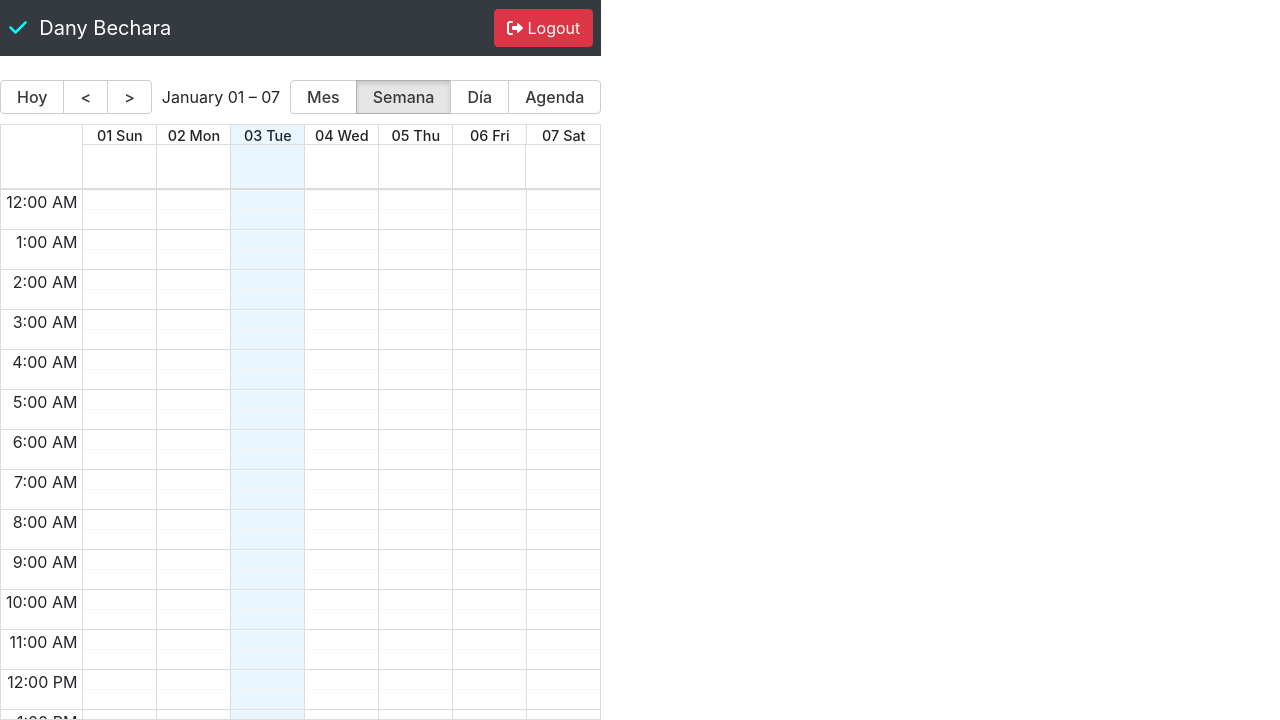
Repository: bechara611/calendar-frontend
Page: /
The author's editor kept a copy of each file at every save. The page is drawn from the files as they stood at one save, then again after a run of saves.
The browser window is 1280 px wide. The pictures show the whole page.
An inner scrolling area shows only its first screen. The project was rebuilt for these pictures with package versions that can differ from the ones it lists, and the page was loaded fresh each time. Also part of the build but not shown: vite.config.js. Imported but missing from the stored project, and not drawn on this page: src/auth.

Above is the page before, as saved 2023-01-04 16:58:39.

After the next 2 saves:
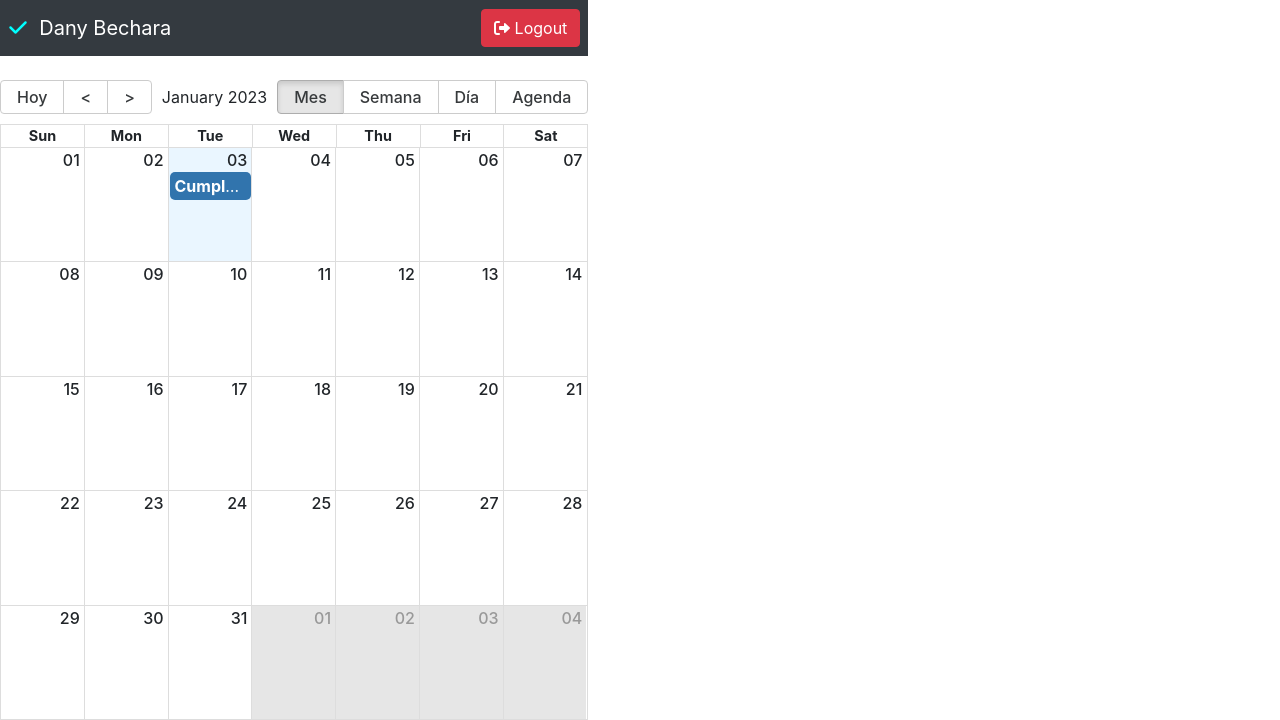
The 2 saves are shown as one change because they came seconds apart.
The last was saved 111 s later.
--- a/src/calendar/pages/CalendarPages.jsx
+++ b/src/calendar/pages/CalendarPages.jsx
@@ -62,7 +62,6 @@ export const CalendarPages = () => {
       <NavBar></NavBar>
       <Calendar
         localizer={localizer}
-        view='week'
         events={events}
         startAccessor="start"
         endAccessor="end"
